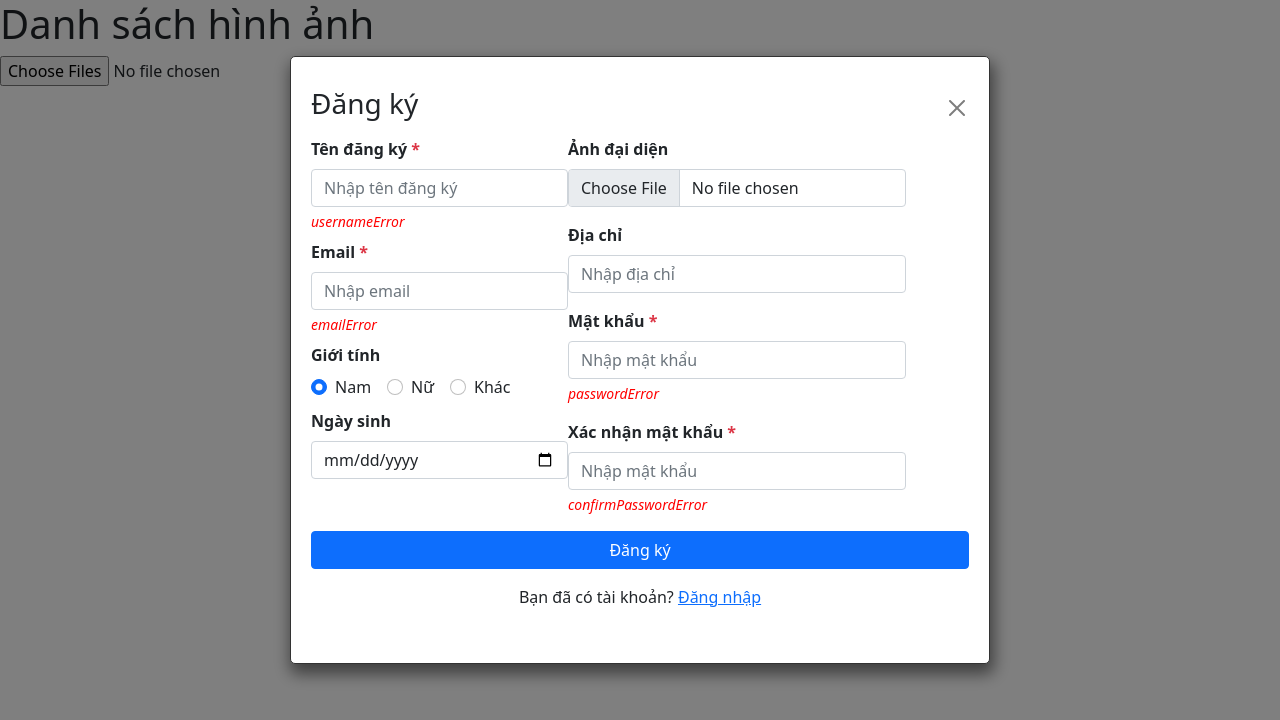
Repository: TinhTT336/MD02_Session14
Page: / (app in client/)
The author's editor kept a copy of each file at every save. The page is drawn from the files as they stood at one save, then again after the next save.
The browser window is 1280 px wide. The pictures show the whole page.
The page's requests for data from a server got no answer. The project was rebuilt for these pictures with package versions that can differ from the ones it lists, and the page was loaded fresh each time. No one was signed in, and anything a server would have sent is missing. Also part of the build but not shown: client/vite.config.js, client/src/index.css.

Above is the page before, as saved 2023-09-14 10:30:07.

After the next save:
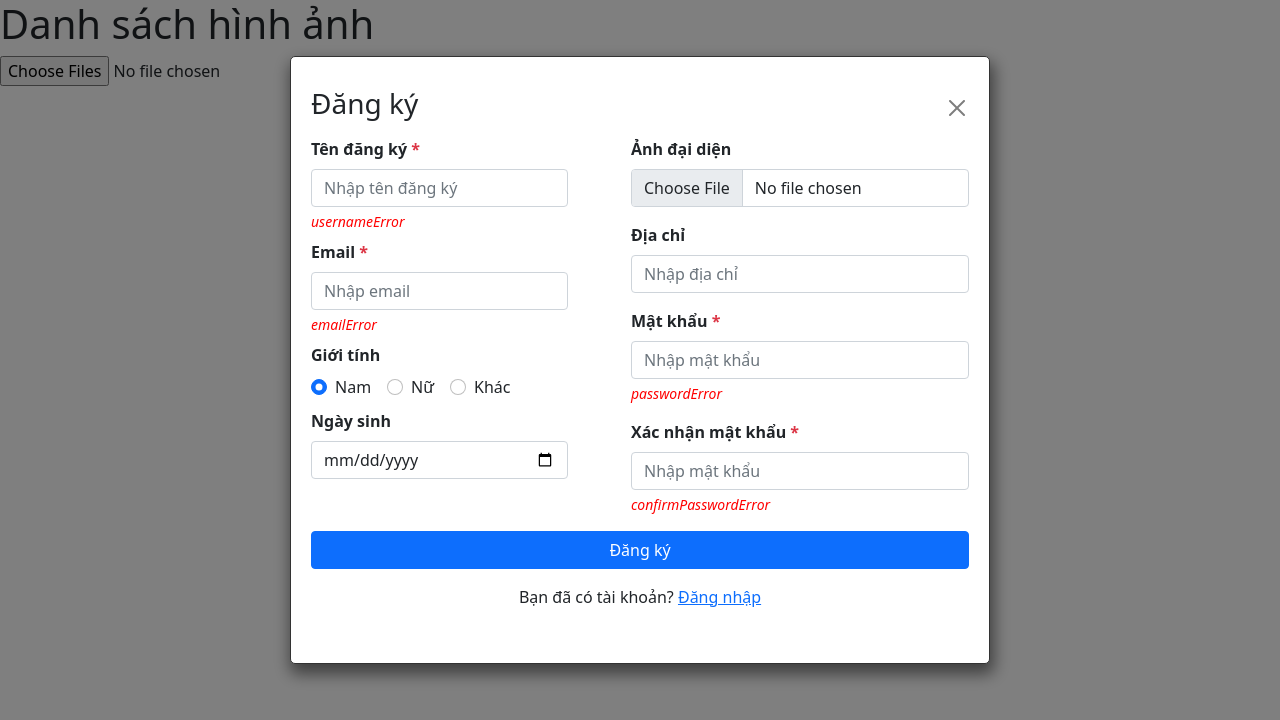
Saved 18 s later.
--- a/client/src/components/register/Register.jsx
+++ b/client/src/components/register/Register.jsx
@@ -27,7 +27,7 @@ export default function Register() {
                         <h3>Đăng ký</h3>
                         <div className='btn btn-close'></div>
                     </div>
-                    <div className='d-flex flex-fill'>
+                    <div className='d-flex flex-fill justify-content-between'>
                         <div>
                             <div className='form-group mb-2'>
                                 <label className='form-label' htmlFor="user_name">Tên đăng ký <span className="text-danger">*</span></label>
